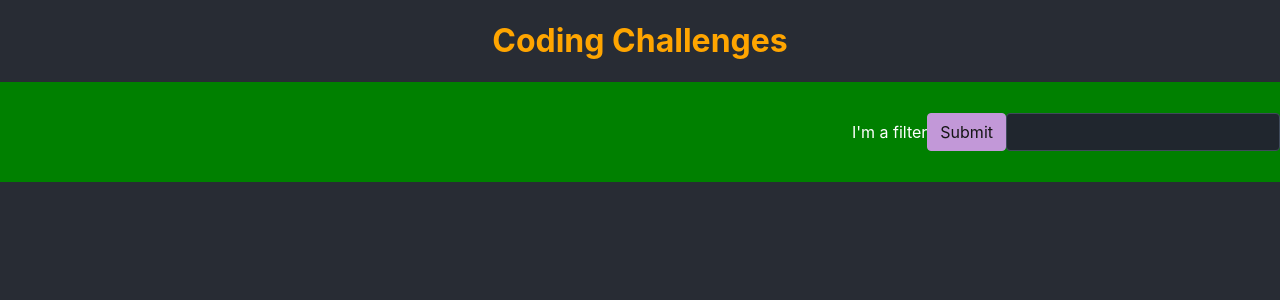
Repository: Valentina-Maraio/coding_challenges
Page: /
An editor plug-in stored every save of this project. The page is shown before and after the next save, followed by the edit.
The browser window is 1280 px wide. The pictures show the whole page.
The project was rebuilt for these pictures with package versions that can differ from the ones it lists, and the page was loaded fresh each time.

Above is the page before, as saved 2024-07-05 12:05:58.

### src/index.js
import React from 'react';
import ReactDOM from 'react-dom/client';
import './index.css';
import App from './App';
import reportWebVitals from './reportWebVitals';
import { PrimeReactProvider } from 'primereact/api';
import 'primeicons/primeicons.css';



const root = ReactDOM.createRoot(document.getElementById('root'));
root.render(
  <React.StrictMode>
    <PrimeReactProvider>
      <App/>
    </PrimeReactProvider>
  </React.StrictMode>
);

// If you want to start measuring performance in your app, pass a function
// to log results (for example: reportWebVitals(console.log))
// or send to an analytics endpoint. Learn more: https://bit.ly/CRA-vitals
reportWebVitals();

### src/App.js
import React, { useState } from "react";
import "primereact/resources/themes/bootstrap4-dark-purple/theme.css";
import "./App.css";
import { InputText } from "primereact/inputtext";
import { Button }  from "primereact/button";

function App() {
  const [inputValue, setInputValue] = useState("");

  const handleChange = (event) => {
    setInputValue(event.target.value);
  };

  const handleSubmit = () => {
    alert(`Input Value: ${inputValue}`);
    setInputValue("")
  };
  return (
    <>
      <div className="container">
        <div className="app_title">
          <h1>Coding Challenges</h1>
        </div>
        <div className="filter_container">
          <p>I'm a filter</p>
          <Button onClick={handleSubmit} label="Submit"/>
          <InputText value={inputValue} onChange={handleChange} />
        </div>
      </div>
    </>
  );
}

export default App;

### src/App.css
body {
  background-color: #282c34;
}

.container {
  display: flex;
  justify-content: center;
  align-items: center;
  flex-direction: column;
}

.app_title {
  color: orange;
}

.filter_container {
  width: 100%;
  height: 100px;
  background-color: green;
  display: flex;
  justify-content: flex-end;
  align-items: center;
}

Loaded but not shown: public/index.html (common file); src/index.css (common file); src/reportWebVitals.js (common file)

After the next save:
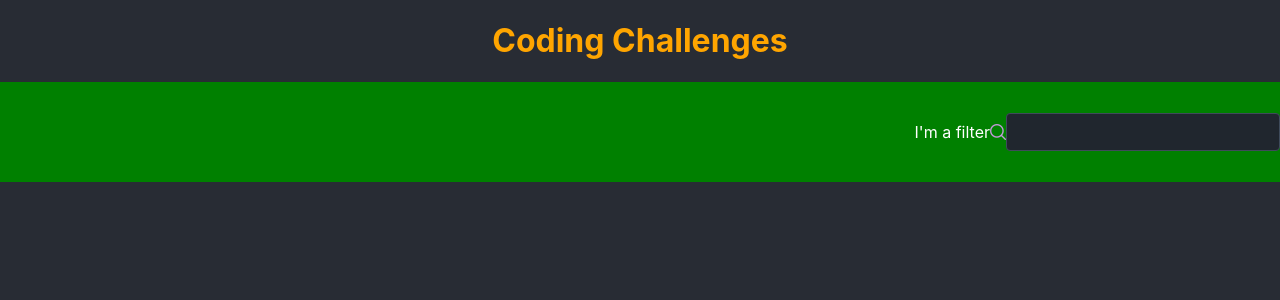
Saved 55 s later.
--- a/src/App.js
+++ b/src/App.js
@@ -3,6 +3,8 @@ import "primereact/resources/themes/bootstrap4-dark-purple/theme.css";
 import "./App.css";
 import { InputText } from "primereact/inputtext";
 import { Button }  from "primereact/button";
+import 'primeicons/primeicons.css';
+
 
 function App() {
   const [inputValue, setInputValue] = useState("");
@@ -23,7 +25,7 @@ function App() {
         </div>
         <div className="filter_container">
           <p>I'm a filter</p>
-          <Button onClick={handleSubmit} label="Submit"/>
+          <i onClick={handleSubmit} className="pi pi-search" style={{ color: 'var(--primary-color)' }}></i>
           <InputText value={inputValue} onChange={handleChange} />
         </div>
       </div>
